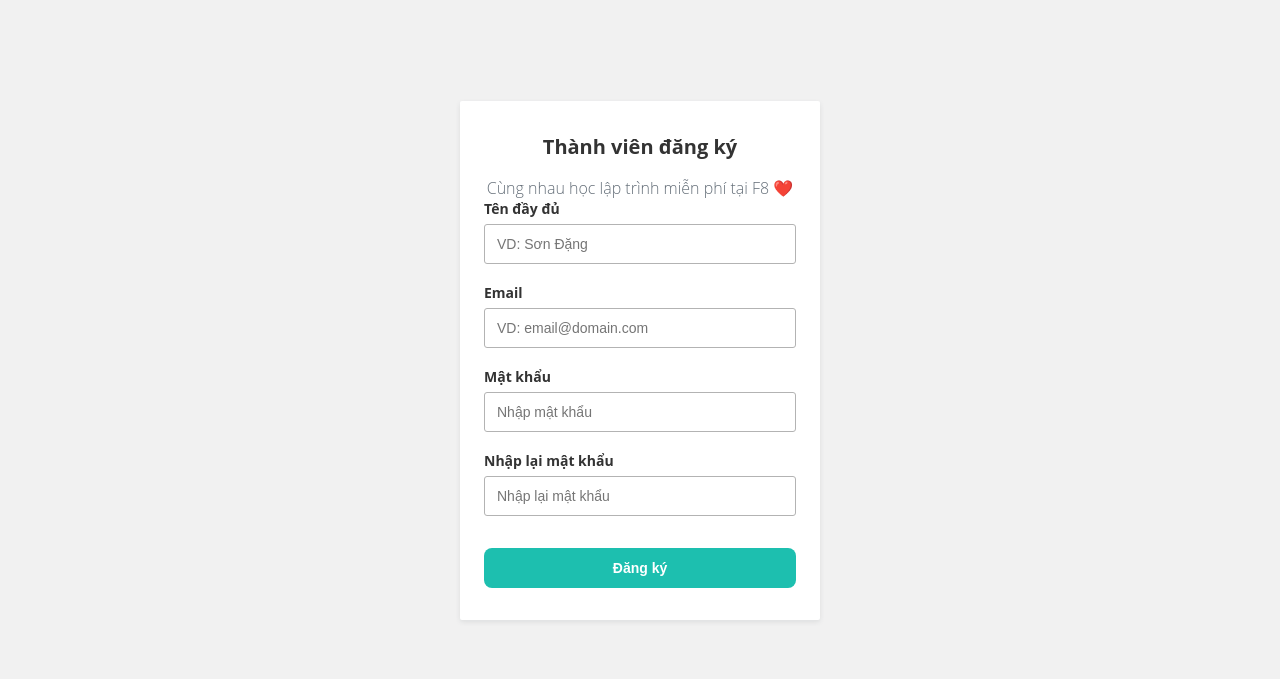
Repository: hoangnam180/FormValidate
Page: index.html
The author's editor kept a copy of each file at every save. The page is drawn from the files as they stood at one save, then again after the next save.
The browser window is 1280 px wide. The pictures show the whole page.

Above is the page before, as saved 2021-11-03 16:52:54.

### index.html
<!DOCTYPE html>
<html lang="en">
<head>
    <meta charset="UTF-8">
    <meta http-equiv="X-UA-Compatible" content="IE=edge">
    <meta name="viewport" content="width=device-width, initial-scale=1.0">
    <link rel="stylesheet" href="./style.css">
    <title>Form Validation</title>
</head>
<body>
    <div class="main">

        <form action="" method="POST" class="form" id="form-1">
          <h3 class="heading">Thành viên đăng ký</h3>
          <p class="desc">Cùng nhau học lập trình miễn phí tại F8 ❤️</p>

          <!-- <div class="spacer"></div> -->

          <div class="form-group">
            <label for="fullname" class="form-label">Tên đầy đủ</label>
            <input id="fullname" name="fullname" type="text" placeholder="VD: Sơn Đặng" class="form-control">
            <span class="form-message"></span>
          </div>

          <div class="form-group">
            <label for="email" class="form-label">Email</label>
            <input id="email" name="email" type="text" placeholder="VD: email@domain.com" class="form-control">
            <span class="form-message"></span>
          </div>

          <div class="form-group">
            <label for="password" class="form-label">Mật khẩu</label>
            <input id="password" name="password" type="password" placeholder="Nhập mật khẩu" class="form-control">
            <span class="form-message"></span>
          </div>

          <div class="form-group">
            <label for="password_confirmation" class="form-label">Nhập lại mật khẩu</label>
            <input id="password_confirmation" name="password_confirmation" placeholder="Nhập lại mật khẩu" type="password" class="form-control">
            <span class="form-message"></span>
          </div>

          <button class="form-submit">Đăng ký</button>
        </form>

      </div>
</body>
</html>

### style.css
 *{
    padding: 0;
    margin: 0;
    box-sizing: border-box;
  }

  html {
    color: #333;
    font-size: 62.5%;
    font-family: "Open Sans", sans-serif;
  }
  .main {
    background: #f1f1f1;
    min-height: 100vh;
    display: flex;
    justify-content: center;
  }
  .form {
    width: 360px;
    min-height: 100px;
    padding: 32px 24px;
    text-align: center;
    background: #fff;
    border-radius: 2px;
    margin: 24px;
    align-self: center;
    box-shadow: 0 2px 5px 0 rgba(51, 62, 73, 0.1);
  }
  .form .heading {
    font-size: 2rem;
  }
  .form .desc {
    text-align: center;
    color: #636d77;
    font-size: 1.6rem;
    font-weight: lighter;
    line-height: 2.4rem;
    margin-top: 16px;
    font-weight: 300;
  }

  .form-group {
    display: flex;
    margin-bottom: 16px;
    flex-direction: column;
  }

  .form-label,
  .form-message {
    text-align: left;
  }

  .form-label {
    font-weight: 700;
    padding-bottom: 6px;
    line-height: 1.8rem;
    font-size: 1.4rem;
  }

  .form-control {
    height: 40px;
    padding: 8px 12px;
    border: 1px solid #b3b3b3;
    border-radius: 3px;
    outline: none;
    font-size: 1.4rem;
  }

  .form-control:hover {
    border-color: #1dbfaf;
  }

  .form-group.invalid .form-control {
    border-color: #f33a58;
  }

  .form-group.invalid .form-message {
    color: #f33a58;
  }

  .form-message {
    font-size: 1.2rem;
    line-height: 1.6rem;
    padding: 4px 0 0;
  }

  .form-submit {
    outline: none;
    background-color: #1dbfaf;
    margin-top: 12px;
    padding: 12px 16px;
    font-weight: 600;
    color: #fff;
    border: none;
    width: 100%;
    font-size: 14px;
    border-radius: 8px;
    cursor: pointer;
  }

  .form-submit:hover {
    background-color: #1ac7b6;
  }

  .spacer {
    margin-top: 36px;
  }

  /* .form-group::before{
      content: "";
      margin-top: 36px;
  } */

After the next save:
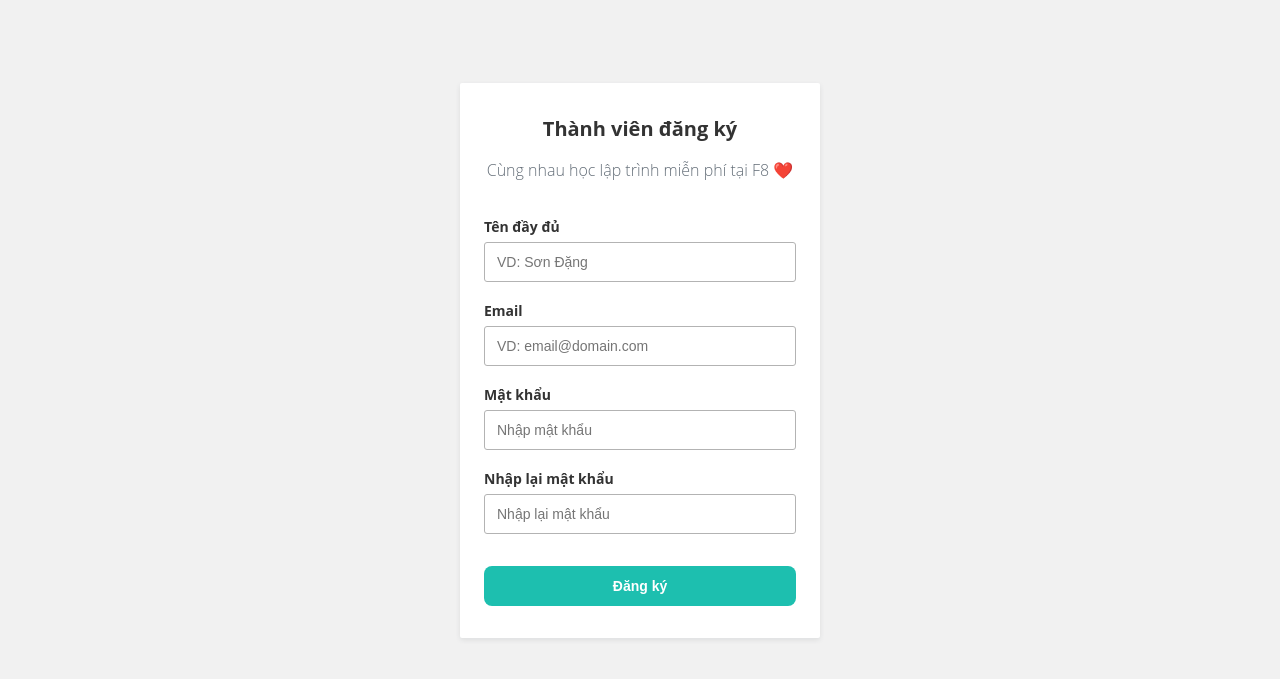
Saved 9 s later.
--- a/index.html
+++ b/index.html
@@ -14,7 +14,7 @@
           <h3 class="heading">Thành viên đăng ký</h3>
           <p class="desc">Cùng nhau học lập trình miễn phí tại F8 ❤️</p>
 
-          <!-- <div class="spacer"></div> -->
+          <div class="spacer"></div>
 
           <div class="form-group">
             <label for="fullname" class="form-label">Tên đầy đủ</label>
